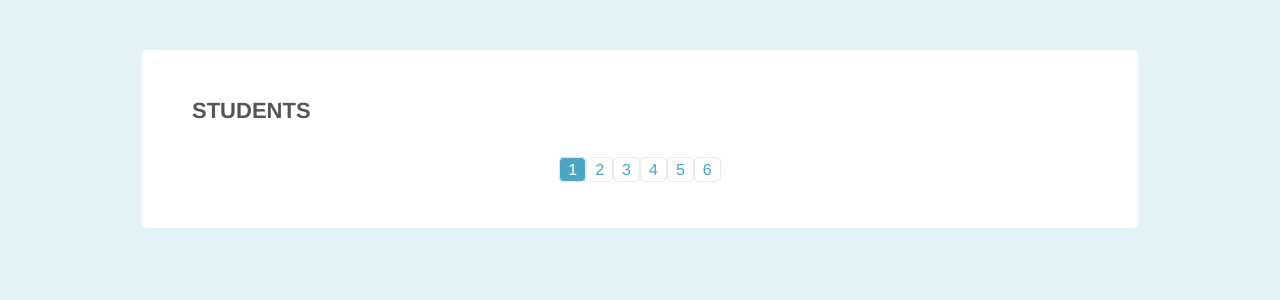
Repository: Lettisu/Unit-Two
Page: index.html
The author's editor kept a copy of each file at every save. The page is drawn from the files as they stood at one save, then again after the next save.
The browser window is 1280 px wide. The pictures show the whole page.
After loading, the first visible `.pagination > ul` was clicked once.

Above is the page before, as saved 2019-06-19 16:45:05.

After the next save:
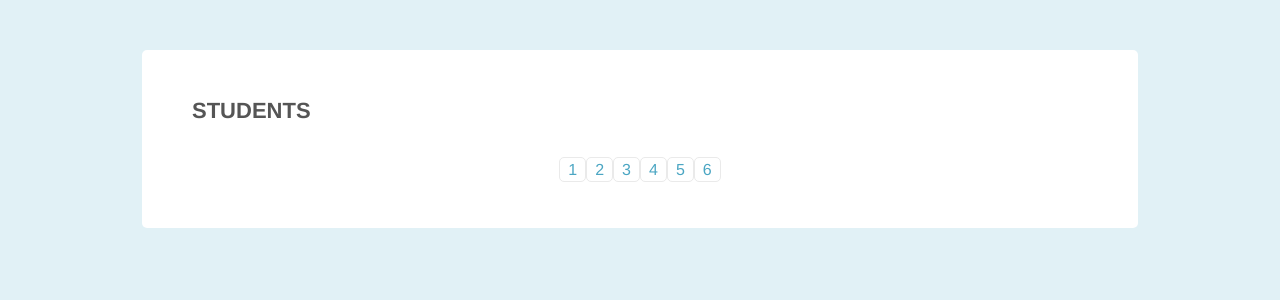
Saved 5 min 55 s later.
--- a/js/script.js
+++ b/js/script.js
@@ -83,9 +83,16 @@ const appendPageLinks = (list) => {
       //let number;
 
       //if (btn.tagName == 'a') {
-         let number = event.target.textContent;
-         showPage(theStudents, number);
-         btn.className = "active";
+      let number = event.target.textContent;
+      showPage(theStudents, number);
+
+      let btns = document.querySelectorAll("a");
+      for (let i = 0; i < btns.length; i++){
+         btns[i].className = "none";
+      }
+
+      btn.className = "active";
+
       //}
 
       //btn.className = "none";
